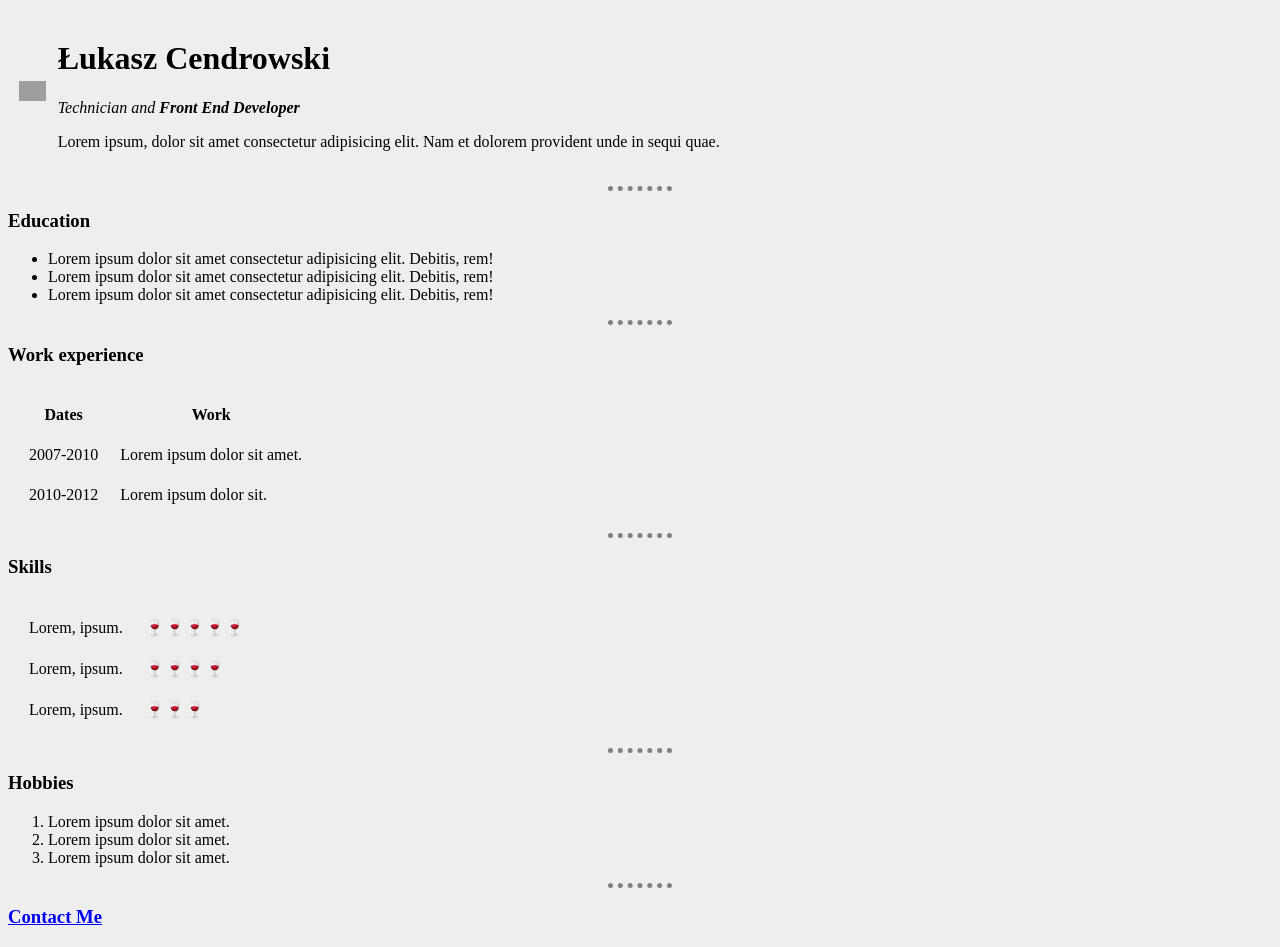
Repository: Isanderr/simple_landing_page-1
Page: index.html
These files come from the project's save history. The page is drawn as it stood at one moment and after the next save; the edit follows.
The browser window is 1280 px wide. The pictures show the whole page.
Pictures or frames that could not be fetched are drawn as grey boxes.

Above is the page before, as saved 2019-01-30 18:12:44.

After the next save:
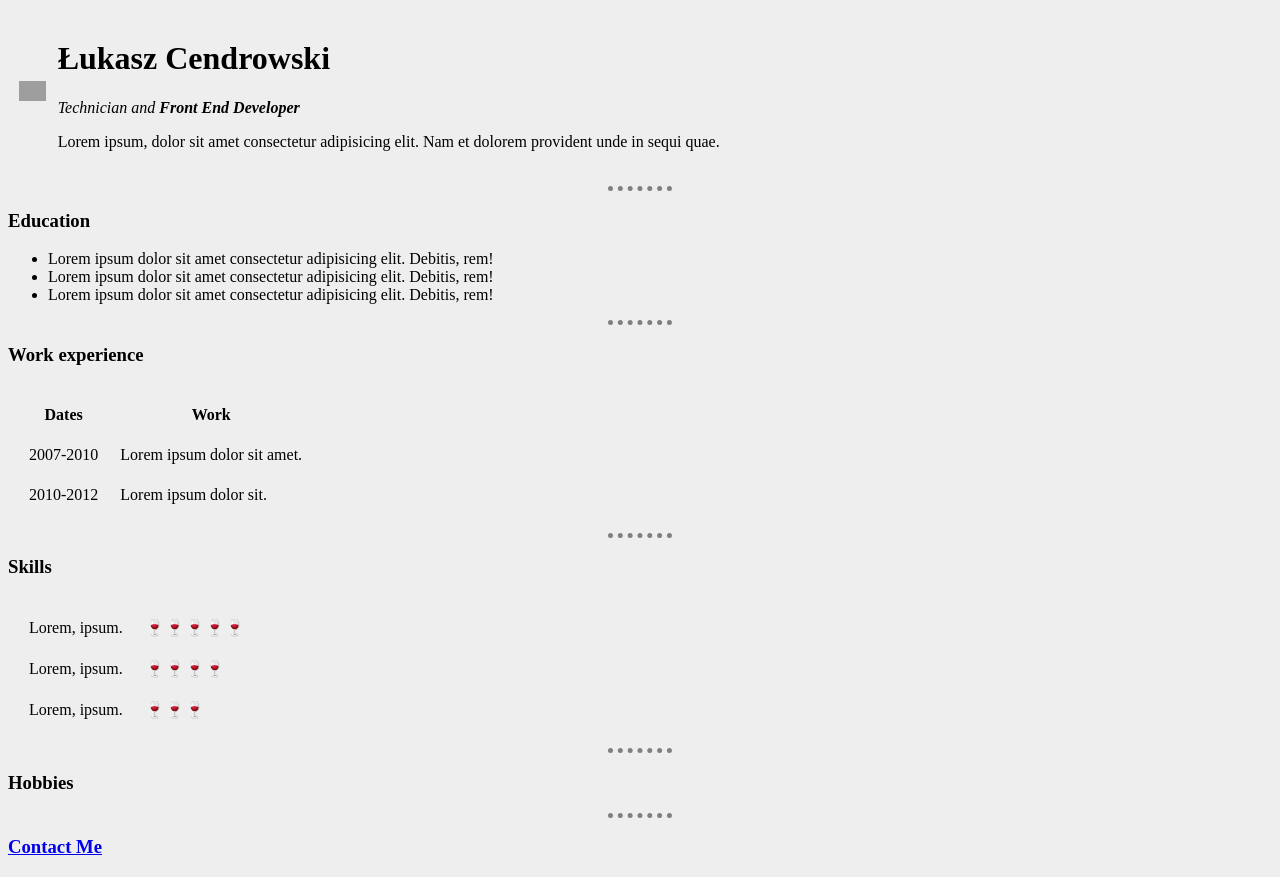
Saved 7 s later.
--- a/index.html
+++ b/index.html
@@ -65,11 +65,6 @@
         </table>
         <hr>
         <h3>Hobbies</h3>
-        <ol>
-            <li>Lorem ipsum dolor sit amet.</li>
-            <li>Lorem ipsum dolor sit amet.</li>
-            <li>Lorem ipsum dolor sit amet.</li>
-        </ol>
         <hr>
         <h3><a href="contact.html">Contact Me</a></h3>
     </body>
